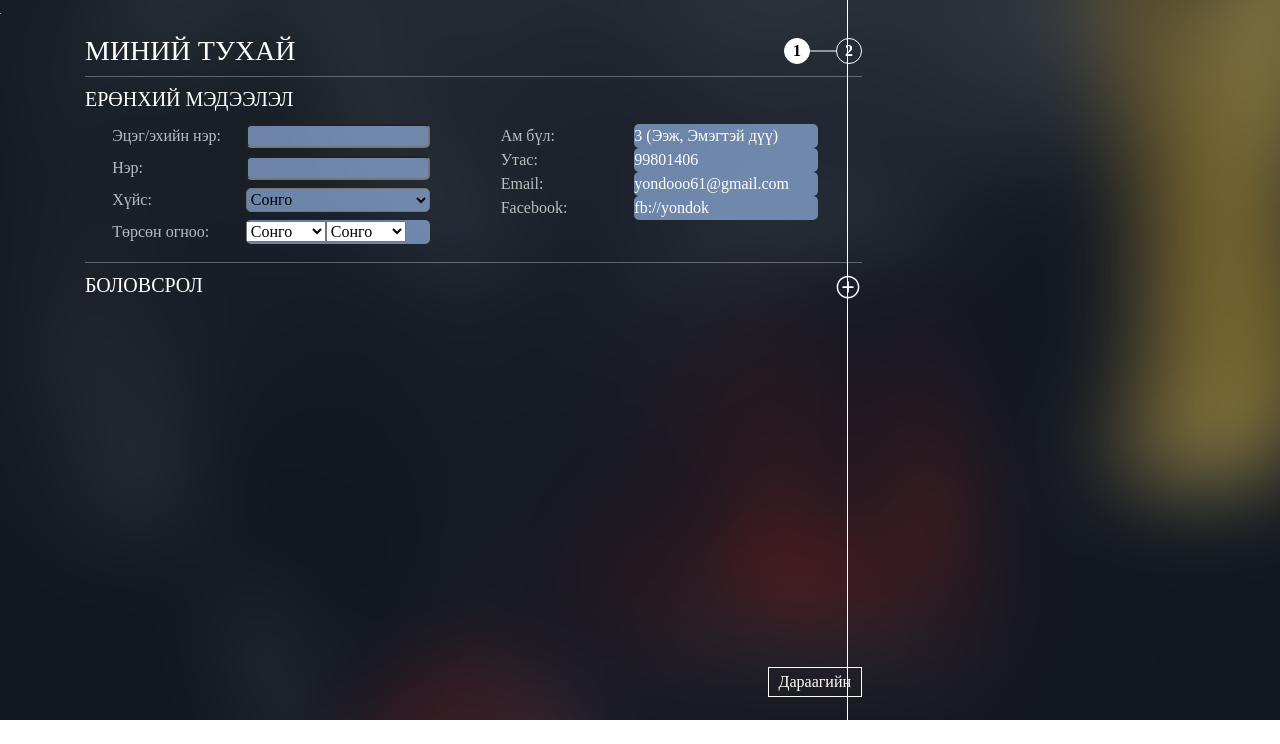
Repository: Yondo202/svProject
Page: /
An editor plug-in stored every save of this project. The page is shown before and after the next save, followed by the edit.
The browser window is 1280 px wide. The pictures show the whole page.
The project was rebuilt for these pictures with package versions that can differ from the ones it lists, and the page was loaded fresh each time. The framework's server and built-in components were replaced by stand-ins that run in the browser. Also part of the build but not shown: next.config.js, style/style.scss.

Above is the page before, as saved 2020-11-20 01:34:56.

After the next save:
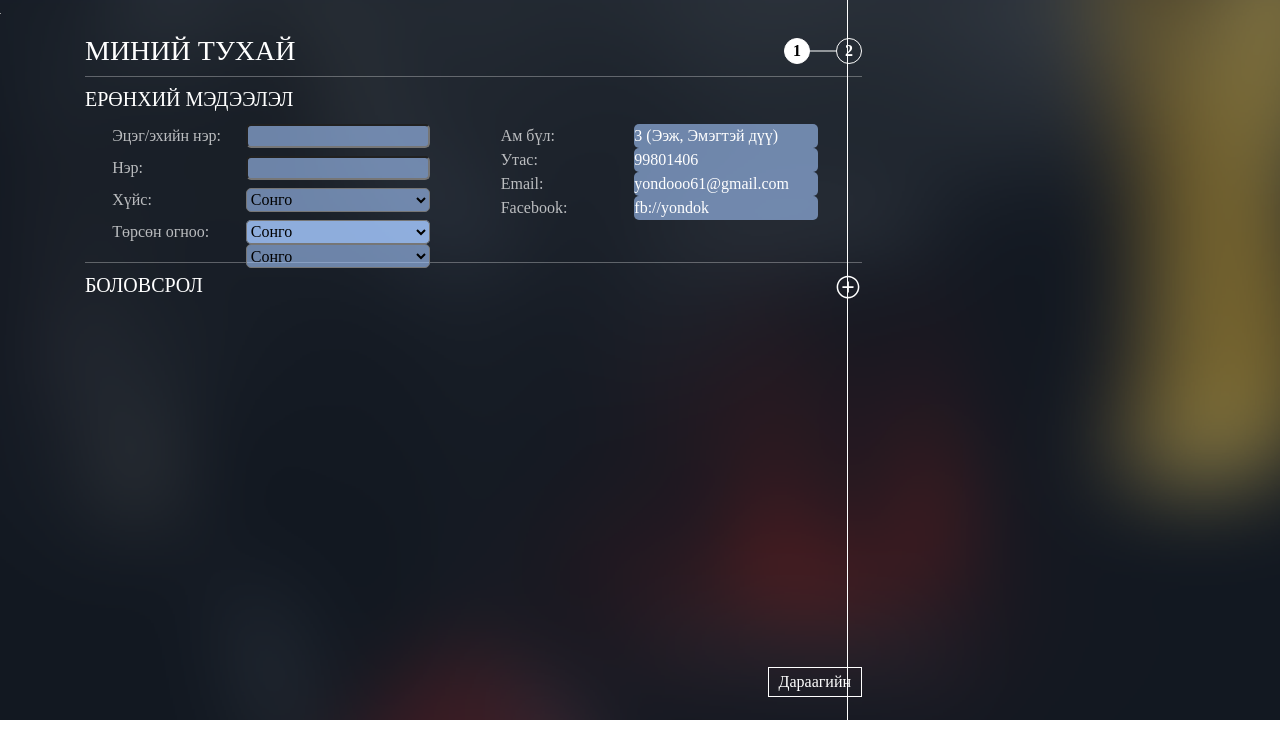
Saved 30 s later.
--- a/components/form1.js
+++ b/components/form1.js
@@ -159,6 +159,12 @@ const Conainer = styled.div`
                     width:55%;
                     background:rgba(166,200,255, 0.6);
                     height:24px;
+                    .childs{
+                        background:rgba(166,200,255, 0.6);
+                        height:24px;
+                        border-radius:5px;
+                        width:100%;
+                    }
                  }
              }
          }
